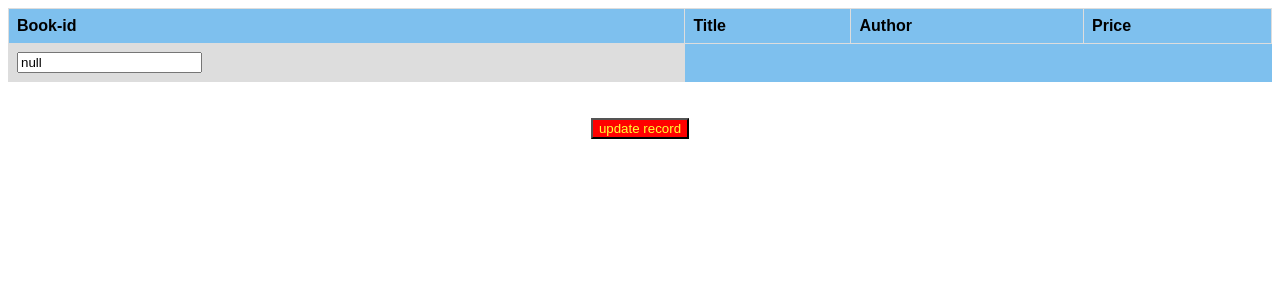
Repository: Saikumar6901/DBSTrainingModules
Page: http://localhost/Bookmanagement/updatedetails.jsp
An editor plug-in stored every save of this project. The page is shown before and after the next save, followed by the edit.
The browser window is 1280 px wide. The pictures show the whole page.
The page is served by Tomcat 9. Other server files are loaded and not shown.

Above is the page before, as saved 2019-08-12 15:10:38.

### eclipse/Bookmanagement/WebContent/updatedetails.jsp
<%@ page language="java" contentType="text/html; charset=ISO-8859-1"
    import="java.sql.*" pageEncoding="ISO-8859-1"%>
<!DOCTYPE html>
<html>
<head>
<meta charset="ISO-8859-1">
<title>Insert title here</title>
<style>
table {
  font-family: arial, sans-serif;
  border-collapse: collapse;
  width: 100%;
  background-color: #7ec0ee;
}

td, th {
  border: 1px solid #dddddd;
  text-align: left;
  padding: 8px;
}

tr:nth-child(even) {
  background-color: #dddddd;
}
.subbutton{
  margin:auto;
  display:block;
  background-color: #ff0000;
  color: #FFFF33;
}
</style>
</head>
<body>
<form action="Bookdp">
<table>
  <tr>
    <th>Book-id</th>
    <th>Title</th>
    <th>Author</th>
    <th>Price</th>
  </tr>
<td><input type="text" name="bookid" value="
<% out.println(request.getParameter("bookid")); %>
"></td>
<%

String s="update";
Connection conn = null;
Statement stmt = null;
int c=0;
try{
Class.forName("org.mariadb.jdbc.Driver");
conn = DriverManager.getConnection("jdbc:mariadb://localhost:3306/sai", "root", "password");
   System.out.println("Connected database successfully...");
   //STEP 4: Execute a query
   System.out.println("selecting data from table in given database...");
 stmt = conn.createStatement();
  int bookid=Integer.parseInt(request.getParameter("bookid"));
	String sql="select * from book where bookid="+bookid;
	ResultSet rs = stmt.executeQuery(sql);
	while(rs.next()) {
		c++;

%>
<td><input type="text" name="title" value="
 <% out.print(rs.getString(2)); %>
 "></td>
 <td><input type="text" name="author" value="
 <%out.print(rs.getString(3));%>"></td>
 <td><input type="text" name="price" value="<%out.print(rs.getString(4));%>"></td>
 <%
	}
	if(c==0)
		out.println("please check the bookid "+bookid);
}
catch(Exception e){

}
%>
  </table><br></br>
 <input type="hidden" name="bookdetails" value="<%=s%>">
<input type="submit" class="subbutton" value="update record">
</form>
</body>
</html>

After the next save:
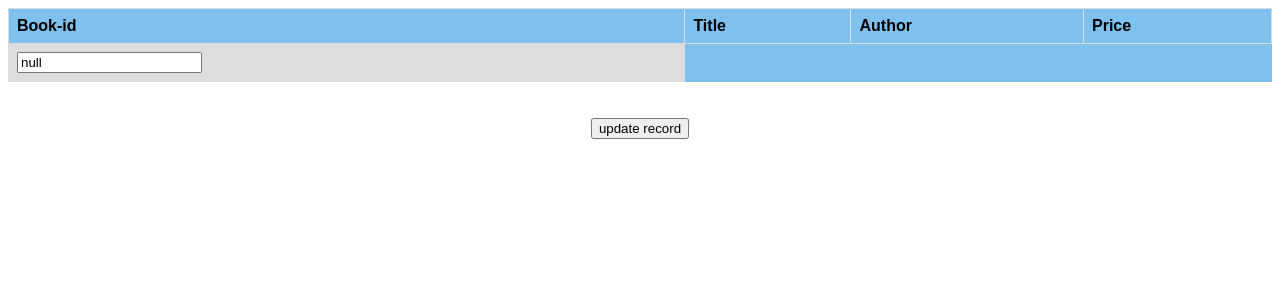
Saved 22 s later.
--- a/eclipse/Bookmanagement/WebContent/updatedetails.jsp
+++ b/eclipse/Bookmanagement/WebContent/updatedetails.jsp
@@ -25,8 +25,6 @@ tr:nth-child(even) {
 .subbutton{
   margin:auto;
   display:block;
-  background-color: #ff0000;
-  color: #FFFF33;
 }
 </style>
 </head>
